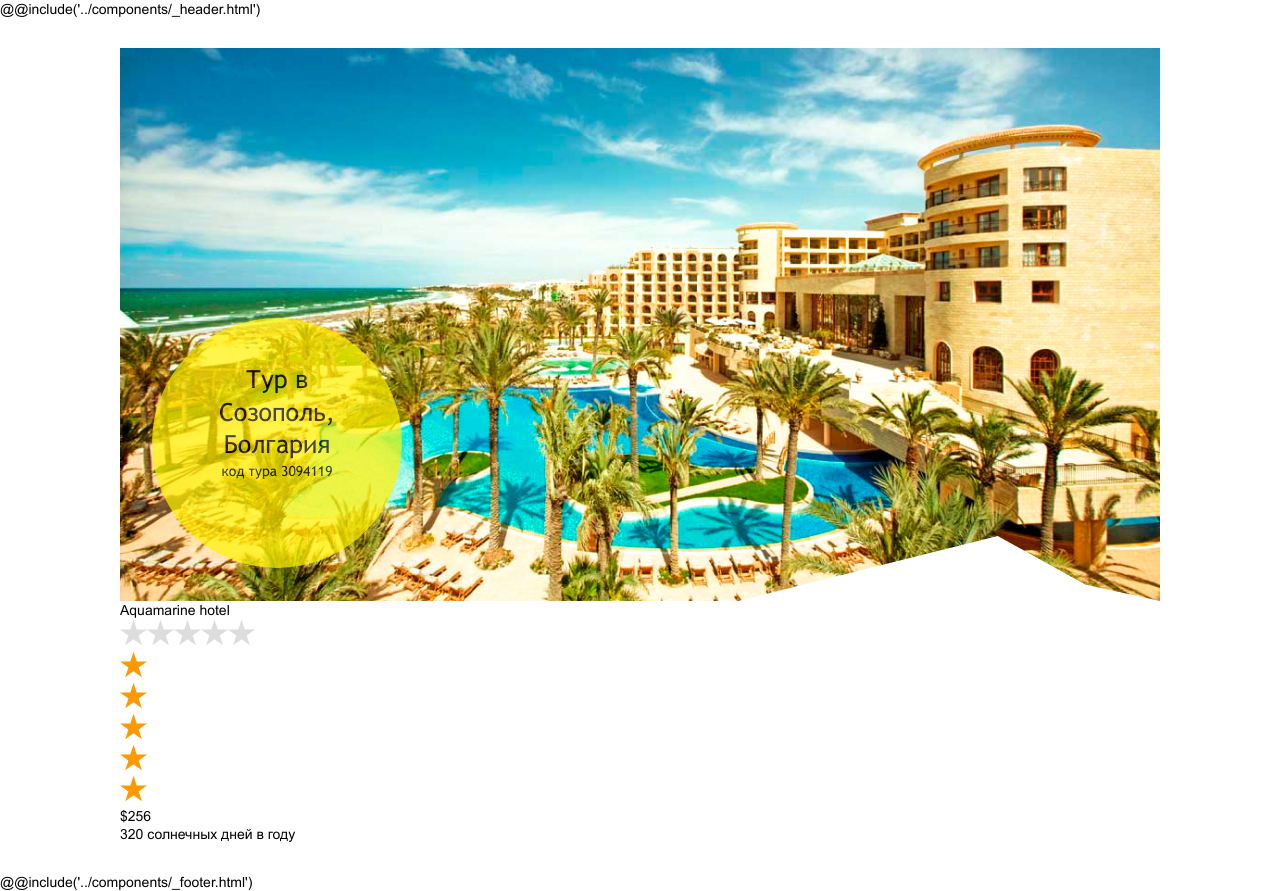
Repository: chekhunov/suntour
Page: app/html/pages/index.html
An editor plug-in stored every save of this project. The page is shown before and after the next save, followed by the edit.
The browser window is 1280 px wide. The pictures show the whole page.
Some web fonts or font styles are not loaded; a fallback is used. The style sheet was rebuilt from its Sass, Less or Tailwind sources for each picture, by a compiler version that may differ from the author's.

Above is the page before, as saved 2021-03-04 13:24:14.

### app/html/pages/index.html
<!DOCTYPE html>
<html lang="en">

<head>
  <meta charset="UTF-8">
  <meta name="viewport" content="width=device-width, initial-scale=1.0">
  <title>SunTour</title>
  <link rel="stylesheet" href="css/style.min.css?v=0.1">
</head>

<body>

  @@include('../components/_header.html')

  <main class="main">

    <section class="content">

      <div class="container">

        <article class="card-hotel" href="#">

          <div class="card-hotel__image" style="background-image: url('images/content/card-hotelbg.jpg');">

            <div class="card-hotel__box">

              <div class="card-hotel__tour">

                <span class="card-hotel__title-tour">
                  Тур в Созополь, Болгария
                </span>

                <div class="card-hotel__code-tour">

                  код тура

                  <span class="card-hotel__code">

                    3094119

                  </span>

                </div>

              </div>

            </div>

          </div>

          <div class="card-hotel__content">

            <div class="card-hotel__item">

              <span class="card-hotel__title">

                Aquamarine hotel

              </span>

              <div class="star"></div>

              <span class="price">

                $256

              </span>

            </div>

            <div class="card-hotel__item">



            </div>

            <div class="card-hotel__sunday">

              <span class="card-hotel__day">

                320

              </span>

              солнечных дней в году

            </div>

          </div>


        </article>

      </div>

    </section>

  </main>

  @@include('../components/_footer.html')

  <script src="js/main.min.js"></script>

</body>

</html>

### app/scss/style.scss
@import 'vars';  //переменные для цвета для шрифта
@import 'fonts'; // подключение шрифтов
@import 'reset'; //сброс всех стилей
@import 'global'; // подключение глобальных стилей типо reset.css, то что на body для сылок
// @import 'media'; // адаптив
@import "mixins";

@import "components/header";
@import "components/card-hotel";
@import "home/home";

### app/scss/_vars.scss

%arial-400 {
  font-family: "Arial-Regular", sans-serif;
  font-weight: 400;
}

%arial-700 {
  font-family: "Arial-bold", sans-serif;
  font-weight: 700;
}

%trebuchetMS-700 {
  font-family: "TrebuchetMS-bold", sans-serif;
  font-weight: 700;
}

### app/scss/_fonts.scss
@font-face {
  font-family: "Arial-regular";
  font-weight: 400;
  font-style: normal;
  src: url("../fonts/Arial.woff2") format("woff2"),
    url("../fonts/Arial.woff") format("woff");
  font-display: swap; //самое оптимальное для пользователя при прогрузке шрифтов
}

@font-face {
  font-family: "Arial-bold";
  font-weight: 700;
  font-style: normal;
  src: url("../fonts/Arial.woff2") format("woff2"),
    url("../fonts/Arial.woff") format("woff");
  font-display: swap; //самое оптимальное для пользователя при прогрузке шрифтов
}

@font-face {
  font-family: "TrebuchetMS-bold";
  font-weight: 700;
  font-style: normal;
  src: url("../fonts/TrebuchetMS.woff2") format("woff2"),
    url("../fonts/TrebuchetMS.woff") format("woff");
  font-display: swap; //самое оптимальное для пользователя при прогрузке шрифтов
}

### app/scss/_reset.scss
/* Указываем box sizing */
/* плавный скроллинг по сайту */
/* scroll-behavior: smooth;  */
html {
  box-sizing: border-box;
}

*,
*::after,
*::before {
  box-sizing: inherit;
}

// только у них будет padding 0 если класса у них нет тогда padding будет не 0
ul,
ol {
  padding: 0;
}

/* Убираем внешние отступы */
body,
h1,
h2,
h3,
h4,
p,
ul[class],
ol[class],
li,
figure,
figcaption,
blockquote{
  margin: 0;
}

/* Выставляем основные настройки по-умолчанию для body */
body {
  min-height: 100vh;
  scroll-behavior: smooth;
  text-rendering: optimizeSpeed;
  line-height: 1.3;
}

/* Удаляем стандартную стилизацию для всех ul и il, у которых есть атрибут class*/
ul,
ol{
  list-style: none;
}

a {
  text-decoration: none;
}

/* Элементы a, у которых нет класса, сбрасываем до дефолтных стилей */
a:not([class]) {
  text-decoration-skip-ink: auto;
}

/* Упрощаем работу с изображениями */
img {
  max-width: 100%;
  display: block;
}

/* Указываем понятную периодичность в потоке данных у article*/
// article > * + * {
//   margin-top: 1em;
// }

/* Наследуем шрифты для инпутов и кнопок */
input,
button,
textarea,
select {
  font: inherit;
}

/* Удаляем все анимации и переходы для людей, которые предпочитай их не использовать */
@media (prefers-reduced-motion: reduce) {
  * {
    animation-duration: 0.01ms !important;
    animation-iteration-count: 1 !important;
    transition-duration: 0.01ms !important;
    scroll-behavior: auto !important;
  }
}

address {
  font-style: normal;
}

### app/scss/_global.scss
@import "mixins";

html,
body {
  height: 100%;
}

body {
  display: flex;
  flex-direction: column;
  font-size: 14px;
  color: black;
  background-color: white;
  @extend %arial-400;
}

// main {
//   @include _1200 {
//     position: relative;
//     transition: 0.5s;
//     z-index: 0;

//     &.main--active {
//       transform: translateX(-20%);
//     }
//   }

//   @include _560 {
//     top: 0;
//     &.main--active {
//       transform: translateX(-30%);
//     }
//   }
// }

.container {
  max-width: 1070px;
  margin: 0 auto;
  padding: 0 15px;
}

.main {
  flex-grow: 1;
}

a,
button {
  outline: transparent;
  cursor: pointer;
}

.uppercase {
  text-transform: uppercase;
}

.logo {
  &__img {
    max-width: 179px;
    max-height: 44px;
    object-fit: cover;
  }
}

### app/scss/_mixins.scss

@mixin _1500 {
  @media (max-width: 1500px) {
    @content;
  }
}

@mixin _1200 {
  @media (max-width: 1200px) {
    @content;
  }
}


@mixin _1024 {
  @media (max-width: 1024px) {
    @content;
  }
}

@mixin _860 {
  @media (max-width: 860px) {
    @content;
  }
}

@mixin _768 {
  @media (max-width: 768px) {
    @content;
  }
}


@mixin _560 {
  @media (max-width: 560px) {
    @content;
  }
}

@mixin _425 {
  @media (max-width: 425px) {
    @content;
  }
}

### app/scss/components/_header.scss
.header {
  width: 100%;
  height: 104px;
  padding: 30px 0;
  background-color: #00BFF3;
}

### app/scss/components/_card-hotel.scss
.card-hotel {
  &__image {
    max-width: 1040px;
    min-height: 553px;
    display: flex;
    justify-content: left;
    align-items: flex-end;
    background-repeat: no-repeat;
    background-position: top center;
    background-size: cover;
    object-fit: cover;
  }

  &__box {
    width: 250px;
    height: 250px;
    margin-left: 32px;
    margin-bottom: 33px;
    display: flex;
    justify-content: center;
    align-items: center;
    background-color: #FFF200;
    opacity: 0.7;
    border-radius: 150px;
  }

  &__tour {
    width: 169px;
    height: 158px;
    font-size: 25px;
    text-align: center;
    @extend %trebuchetMS-700;
  }

  &__code-tour {
    font-size: 14px;
  }
}

### app/scss/home/_home.scss
@import "home/content";

### app/scss/home/_content.scss

.content {
  padding: 30px 0;
}

Loaded but not shown: app/js/main.min.js (library)

After the next save:
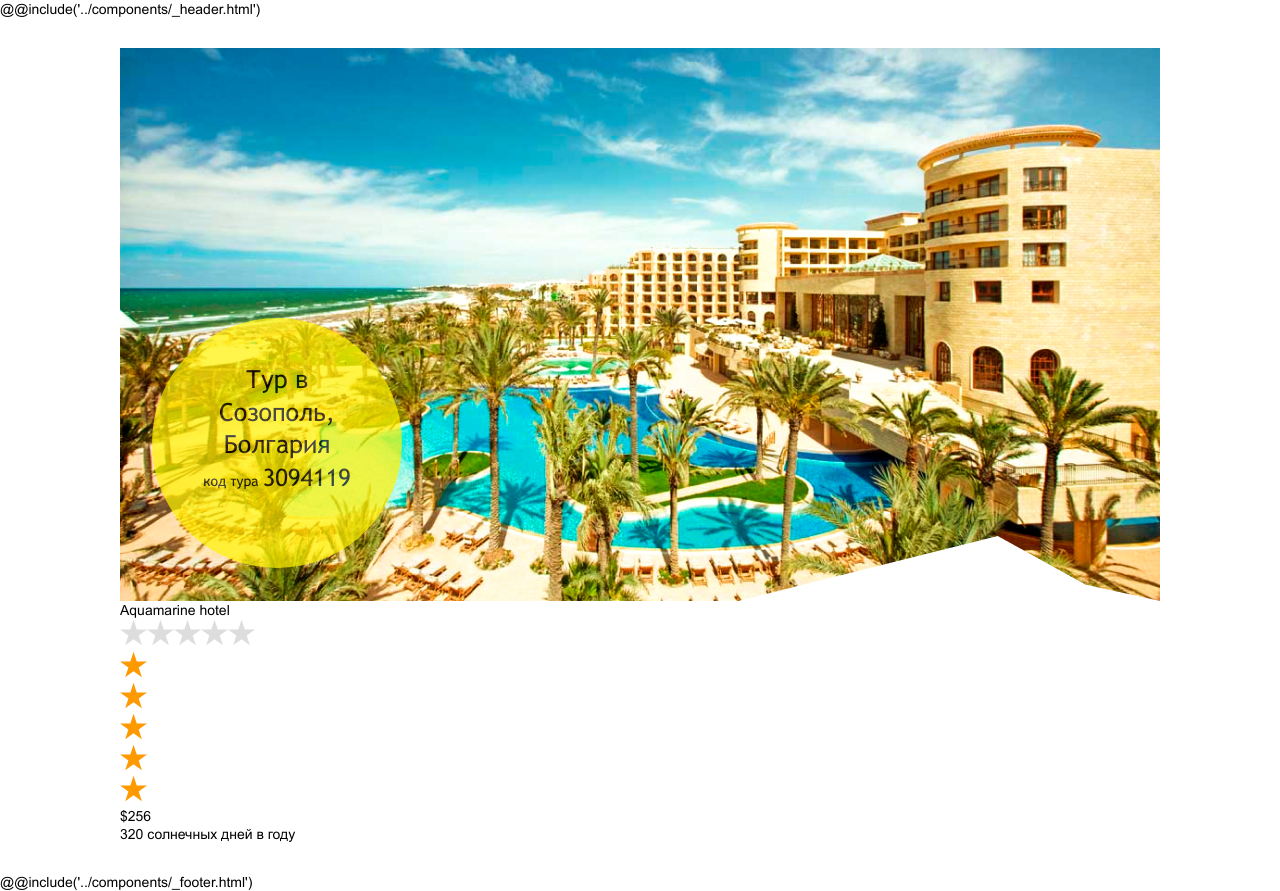
Saved 16 s later.
--- a/app/scss/components/_card-hotel.scss
+++ b/app/scss/components/_card-hotel.scss
@@ -35,4 +35,8 @@
   &__code-tour {
     font-size: 14px;
   }
+
+  &__code {
+    font-size: 24px;
+  }
 }
